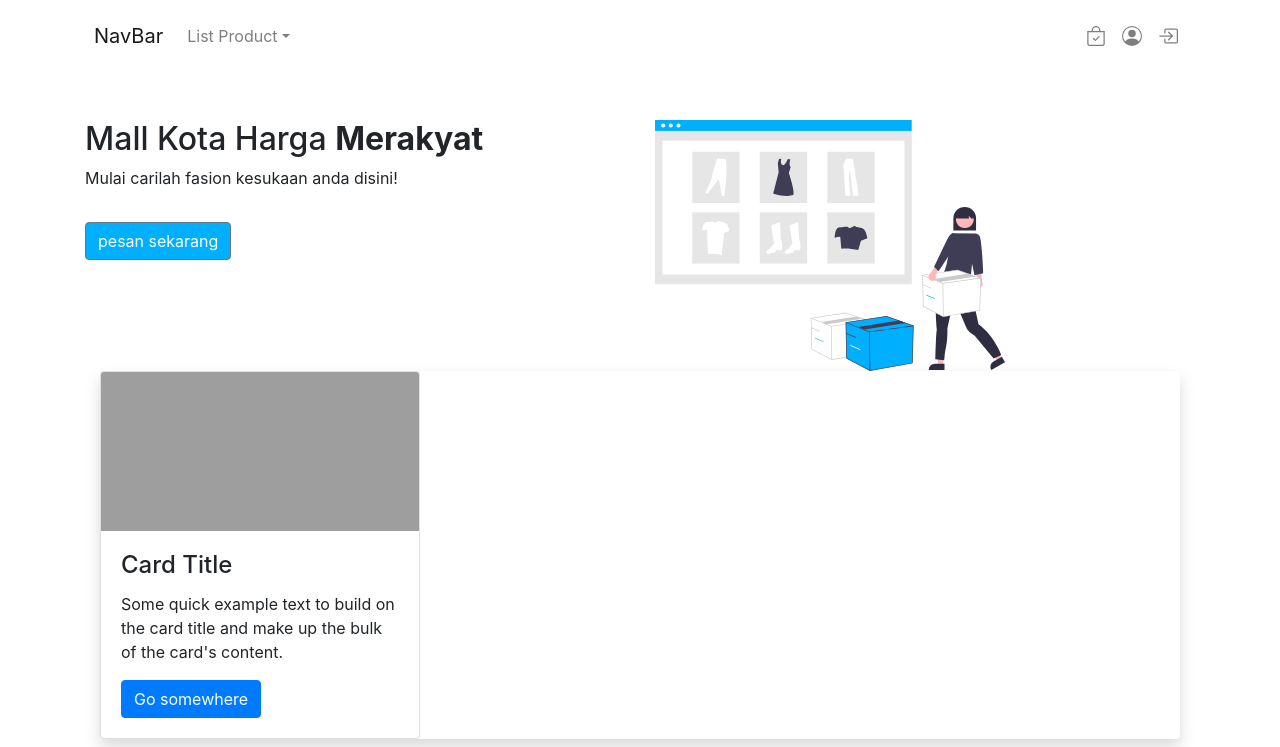
Repository: AHSANS354/ecommerce-catalog
Page: /
An editor plug-in stored every save of this project. The page is shown before and after the next save, followed by the edit.
The browser window is 1280 px wide. The pictures show the whole page.
Pictures or frames that could not be fetched are drawn as grey boxes. The project was rebuilt for these pictures with package versions that can differ from the ones it lists, and the page was loaded fresh each time. Also part of the build but not shown: vue.config.js.

Above is the page before, as saved 2023-03-01 16:29:13.

After the next save:
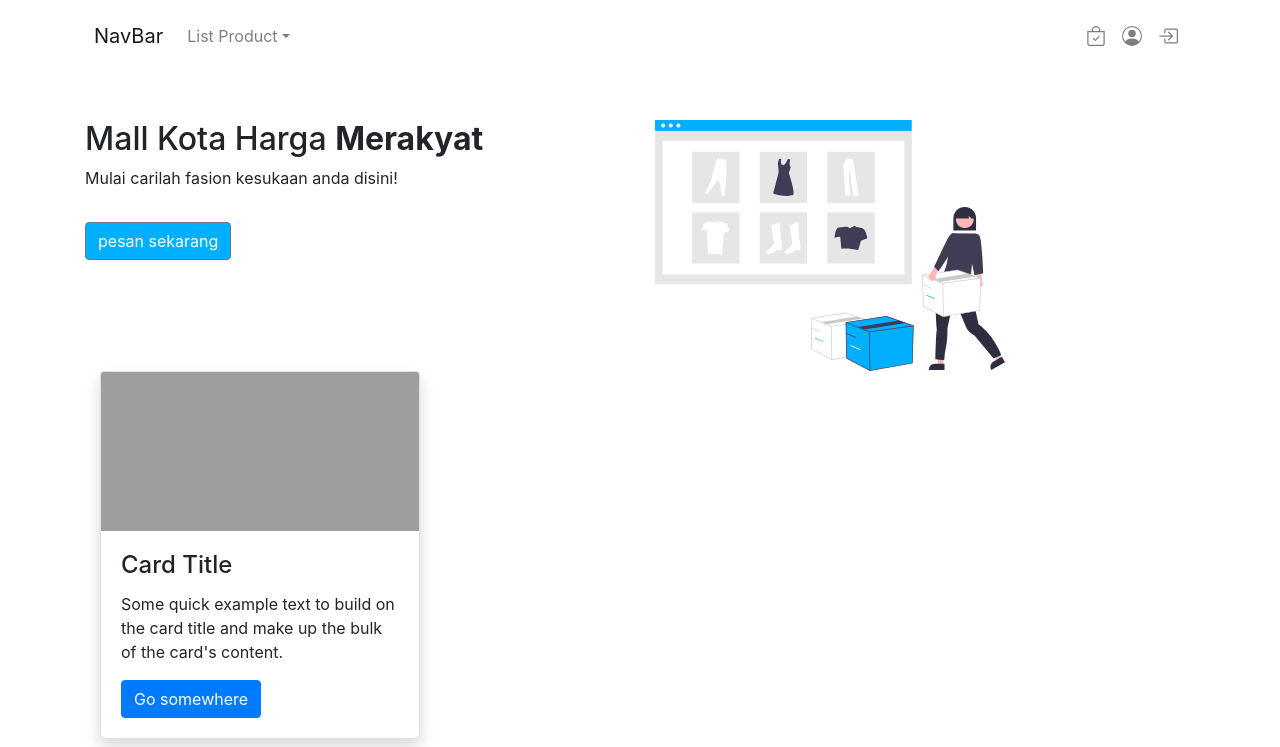
Saved 21 s later.
--- a/src/views/HomeView.vue
+++ b/src/views/HomeView.vue
@@ -18,7 +18,7 @@
         </div>
       </div>
       <div class="row">
-        <div class="col">
+        <div class="col-md-4">
           <card-product />
         </div>
       </div>
